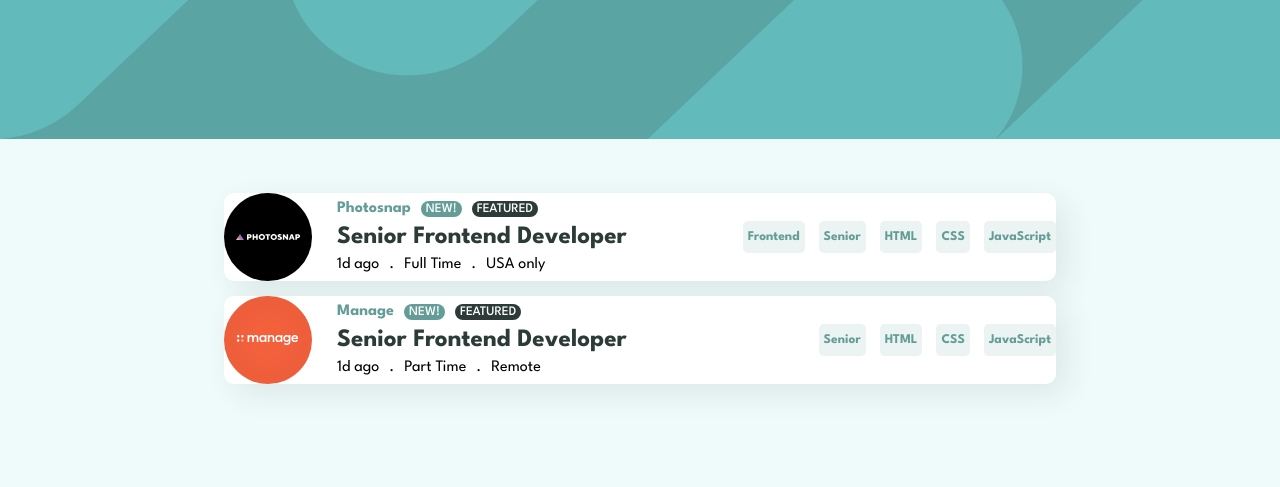
Repository: Eldream12/JobListing
Page: index.html
An editor plug-in stored every save of this project. The page is shown before and after the next save, followed by the edit.
The browser window is 1280 px wide. The pictures show the whole page.

Above is the page before, as saved 2025-03-31 21:54:19.

### index.html
<!DOCTYPE html>
<html lang="en">
	<head>
		<meta charset="UTF-8" />
		<meta name="viewport" content="width=device-width, initial-scale=1.0" />
		<title>Job Listing</title>
		<link rel="stylesheet" href="style/style.css" />
	</head>

	<body>
		<header>
			<div>
				<img src="Images/bg-header-desktop.svg" alt="NavHeader" />
			</div>
		</header>

		<main>
			<div class="content-carrier">
				<div class="content">
					<div class="ctn">
						<img src="Images/photosnap.svg" alt="photosnap" />
						<div class="content-text">
							<div class="txt-1">
								<h4>Photosnap</h4>
								<div class="btn-1">
									<button>NEW!</button>
								</div>
								<div class="btn-2">
									<button>FEATURED</button>
								</div>
							</div>
							<div class="txt-2">
								<h2>Senior Frontend Developer</h2>
							</div>
							<div class="txt-3">
								<p>1d ago</p>
								<p>.</p>
								<p>Full Time</p>
								<p>.</p>
								<p>USA only</p>
							</div>
						</div>
					</div>

					<div class="btn">
						<button>Frontend</button>
						<button>Senior</button>
						<button>HTML</button>
						<button>CSS</button>
						<button>JavaScript</button>
					</div>
				</div>

				<div class="content">
					<div class="ctn">
						<img src="Images/manage.svg" alt="photosnap" />
						<div class="content-text">
							<div class="txt-1">
								<h4>Manage</h4>
								<div class="btn-1">
									<button>NEW!</button>
								</div>
								<div class="btn-2">
									<button>FEATURED</button>
								</div>
							</div>
							<div class="txt-2">
								<h2>Senior Frontend Developer</h2>
							</div>
							<div class="txt-3">
								<p>1d ago</p>
								<p>.</p>
								<p>Part Time</p>
								<p>.</p>
								<p>Remote</p>
							</div>
						</div>
					</div>

					<div class="btn">
						<!-- <button>Frontend</button> -->
						<button>Senior</button>
						<button>HTML</button>
						<button>CSS</button>
						<button>JavaScript</button>
					</div>
				</div>
			</div>
		</main>
		<footer></footer>
	</body>
</html>

### style/style.css
@import url("https://fonts.googleapis.com/css2?family=League+Spartan:wght@100..900&display=swap");

* {
	font-family: League Spartan;
	margin: 0;
	padding: 0;
	box-sizing: border-box;
}

html body {
	background-color: hsl(180, 52%, 96%);
}

header img {
	width: 100%;
	background-color: hsl(180, 29%, 50%);
	margin-bottom: 50px;
}

.content-carrier .content {
	display: flex;
	background-color: #ffffff;
	align-items: center;
	justify-content: space-between;
	max-width: 65%;
	margin: auto;
	/* padding: 15px 5px 15px 5px; */
	gap: 90px;
	border-radius: 10px;
	box-shadow: #2c3b3817 10px 10px 30px;
	margin-bottom: 15px;
}

.content-carrier .content .txt-1 {
	display: flex;
}

.content-carrier .content .txt-3 {
	display: flex;
}

.content-carrier .content .ctn {
	display: flex;
	align-items: center;
}

.content .ctn img {
	margin-right: 25px;
}

.content .btn button {
	background-color: #ebf4f3;
	border: none;
	padding: 10px 5px 10px 5px;
	border-radius: 5px;
	color: #649d97;
	font-weight: 700;
	margin-left: 10px;
}

.content .txt-1 h4 {
	color: #649d97;
}

.content .txt-1 .btn-1 button {
	background-color: #649d97;
}

.content .txt-1 .btn-2 button {
	background-color: #2c3b38;
}

.content .txt-1 button {
	font-size: 13px;
	font-weight: 500;
	color: #ffffff;
	border: none;
	padding: 2px 5px 2px 5px;
	border-radius: 10px;
	margin-left: 10px;
}

.content .txt-2 h2 {
	margin: 8px 0 8px 0;
	font-size: 25px;
	color: #2c3b38;
}

.content .txt-3 p {
	margin-right: 10px;
}

After the next save:
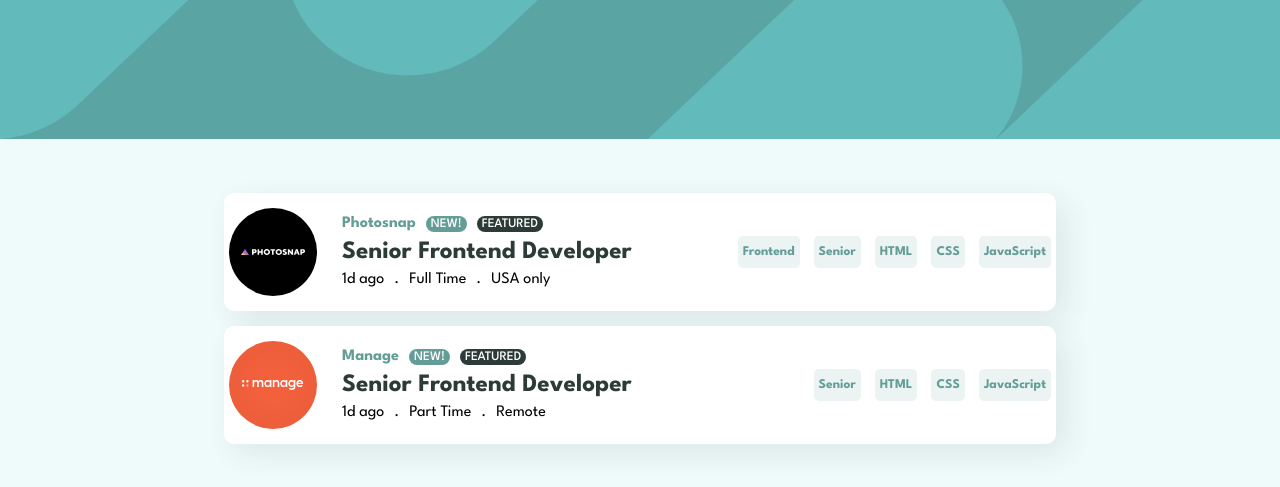
Saved 14 s later.
--- a/style/style.css
+++ b/style/style.css
@@ -24,7 +24,7 @@ header img {
 	justify-content: space-between;
 	max-width: 65%;
 	margin: auto;
-	/* padding: 15px 5px 15px 5px; */
+	padding: 15px 5px 15px 5px;
 	gap: 90px;
 	border-radius: 10px;
 	box-shadow: #2c3b3817 10px 10px 30px;
